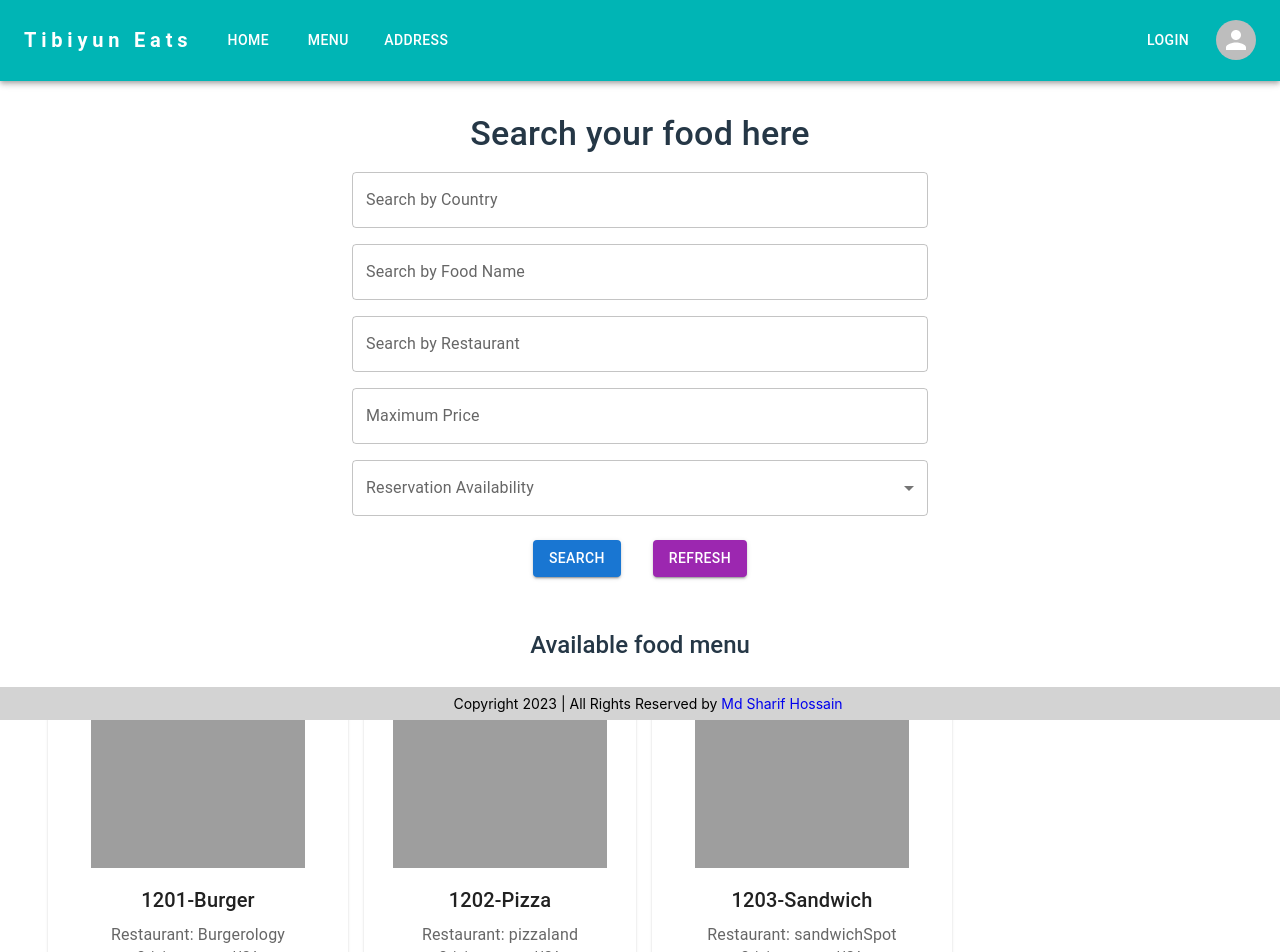
Repository: Sharif-00112/tibiyun-test-frontend
Page: /home
The author's editor kept a copy of each file at every save. The page is drawn from the files as they stood at one save, then again after the next save.
The browser window is 1280 px wide. The pictures show the part of the page from y = 0 to 952 px (the page is 3162 px tall).
Pictures or frames that could not be fetched are drawn as grey boxes. The page's requests for data from a server got no answer. The project was rebuilt for these pictures with package versions that can differ from the ones it lists, and the page was loaded fresh each time. No one was signed in, and anything a server would have sent is missing. Also part of the build but not shown: src/Pages/NotFound/NotFound.js, src/Pages/Login/Login/Login.js, src/Pages/Login/Register/Register.js, src/Pages/Dashboard/Dashboard/Dashboard.js, src/Pages/Login/PrivateRoute/PrivateRoute.js, src/Pages/Dashboard/AdminPanel/AdminPanel.js. Imported but missing from the stored project, and not drawn on this page: src/Pages/Login/AdminRoute/AdminRoute, src/hooks/useTitle.

Above is the page before, as saved 2023-08-22 15:21:36.

After the next save:
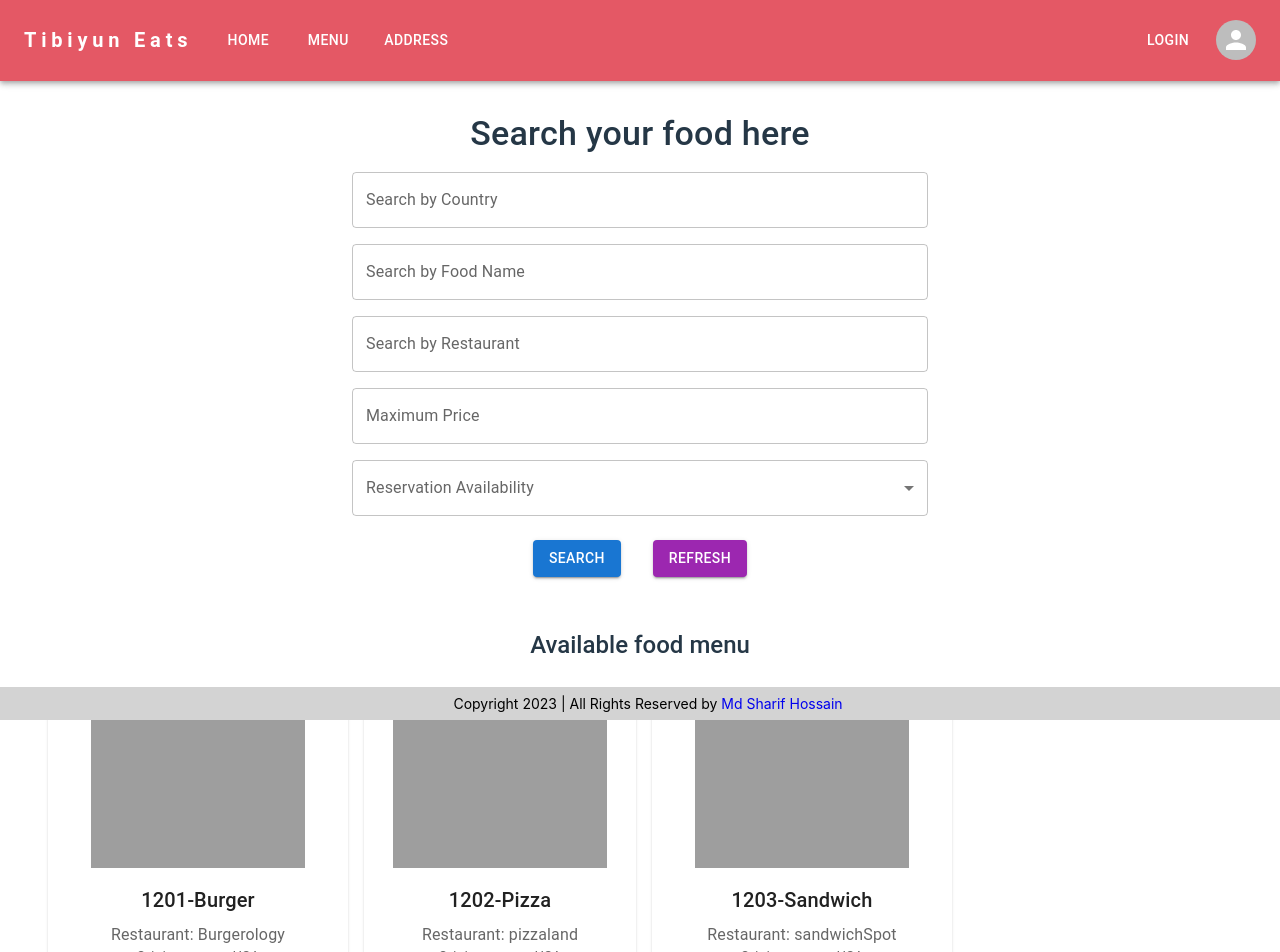
Saved 40 s later.
--- a/src/Pages/Shared/Header/Navbar/Navbar.js
+++ b/src/Pages/Shared/Header/Navbar/Navbar.js
@@ -81,7 +81,7 @@ const Navbar = () => {
     };
 
     return (
-      <AppBar position="static" sx={{ backgroundColor: '#00B5B5' }}>
+      <AppBar position="static" sx={{ backgroundColor: '#E45865' }}>
         <Container maxWidth="xl">
           <Toolbar disableGutters>
             {/* <AdbIcon sx={{ display: { xs: 'none', md: 'flex' }, mr: 1 }} /> */}
